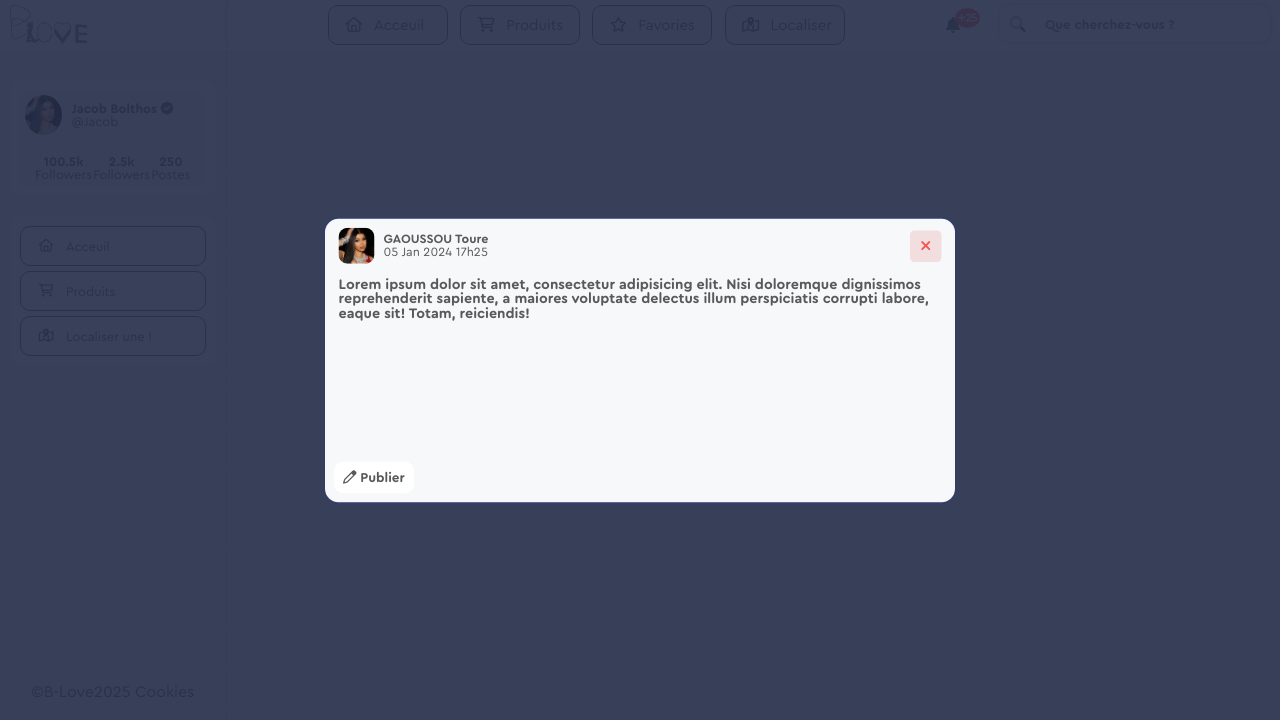
Repository: moomoony-log/b-love
Page: /home
The author's editor kept a copy of each file at every save. The page is drawn from the files as they stood at one save, then again after the next save.
The browser window is 1280 px wide. The pictures show the whole page.
Pictures or frames that could not be fetched are drawn as grey boxes. The project was rebuilt for these pictures with package versions that can differ from the ones it lists, and the page was loaded fresh each time. Also part of the build but not shown: vite.config.ts, src/rules/legacy.tsx, src/rules/privacy.tsx, src/components/basic/notification.tsx, src/view/auth.tsx, src/view/main/acceuil.tsx, src/view/main/dashbord.tsx, src/view/main/info-account.tsx and 3 more.

Above is the page before, as saved 2025-10-15 09:07:54.

### index.html
<!--
        ?????????         ?????????        ???????????????????
        ????? ?????     ????? ?????      ??????????   ??????????
        ?????  ?????   ?????  ?????    ????????         ????????
        ?????   ????? ?????   ?????    ??????            ????????
        ?????    ?????????    ?????    ??????            ????????
        ?????      ?????      ?????    ???????          ????????
        ?????                 ?????     ?????????      ????????
        ?????                 ?????        ???????????????????
        ?????                 ?????         ????????????????

    TRAVAIL JUSQU'A CE QU'ON DISE QUE TU ES FRANC-MAÇON
    TRAVAIL JUSQU'A CE QU'ON DISE QUE TU ES FRANC-MAÇON
    TRAVAIL JUSQU'A CE QU'ON DISE QUE TU ES FRANC-MAÇON
-->
<!doctype html>
<html lang="en">
  <head>
    <meta charset="UTF-8">
    <meta name="viewport" content="width=device-width, initial-scale=1.0">
    <meta http-equiv="X-UA-Compatible" content="IE=edge">
    <!-- Inbuilt -->
    <link rel="shortcut icon" href="./img/logoloveb.png" type="image/x-icon">
    <!-- <link rel="stylesheet" href="./vendor/font-awesome-pro/css/all.css">  -->
    <!-- <link rel="stylesheet" href="./css/app.css">  -->
    <title>B!love</title>
  </head>
  <body id="index">
    <div id="main-container"></div>
    <script type="module" src="/src/main.tsx"></script>
  </body>
</html>

### src/main.tsx
import { StrictMode } from 'react'
import { createRoot } from 'react-dom/client'
import App from './app'

createRoot(document.getElementById('main-container')!).render(
  <StrictMode>
    <App />
  </StrictMode>
)

### src/app.tsx

import { createBrowserRouter, RouterProvider } from "react-router-dom";
import Legacy from "./rules/legacy";
import Privacy from "./rules/privacy";
import Main from "./view/main/main";
import Auth from "./view/auth";
import Acceuil from "./view/main/acceuil";
import Dashbord from "./view/main/dashbord";
import "../public/css/app.css"
import "../public/vendor/font-awesome-pro/css/all.css"
import InfoAccount from "./view/main/info-account";
import Account from "./view/main/account";
import BecomeToMember from "./view/main/becomeToMember";
import Product from "./view/main/product";

// import Auth from "./view/auth";

const router =  createBrowserRouter([
	{
		path:'/',
		element:<Auth/>
	},
	{
		path:'/legacy',
		element:<Legacy/>
	},
	{
		path:'/privacy',
		element:<Privacy/>
	},
	{
		path:'/home',
		element:<Main/>,
		children:[
			{
				path:'acceuil',
				element: <Acceuil/>
			},
			{
				path:'dashbord',
				element: <Dashbord/>,
			},
			{
				path: 'product',
				element: <Product/>
			},
			{
				path:'check',
				element: <div>Localisation</div>
			},
			{
				path:'client',
				element: <InfoAccount/>,
				children: [
					{
						path:'compte',
						element: <Account/>
					},
					{
						path:'devenir_membre',
						element: <BecomeToMember/>
					},

				]
			}

		]
	}
])

// --> POINT D'ENTREE DANS L'APP(INDEX --> AUTH)
function App() {
	return <RouterProvider router={router}/>
}

export default App

### src/components/basic/button.tsx
// --> BUTTON COMPONENTS

import { forwardRef } from "react"
import { NavLink, useLocation } from "react-router-dom";

interface buttonProps {
    type: 'submit' | 'button',
    name?: string,
    icon?:string,
    color?: string,
    outline?: string,
    small?: 'small' | 'small-1' | 'small-2' | 'small-3',
    navigate?: string,
    children: boolean,
    border?: boolean,
    to: string | false,
    inner?:string,
    disable?:boolean,
    onclick?: () => unknown
}

const Button = forwardRef<HTMLButtonElement, buttonProps>(
  ({ name, icon, color, outline, small, navigate, inner, disable, children,border, to, onclick }, ref) => {
    const location = useLocation()
    return (
      <button
        ref={ref}
        type="button"
        className="ui-btn"
        name={name}
        color={color}
        {...(outline ? { "data-outline": "" } : {})}
        {...(disable ? { disabled: true } : {})}
        {...(navigate ? { "data-navigate": "" } : {})}
        {...(inner ? { "data-inner": "" } : {})}
        {...(small ? { "data-size" : small} : {})}
        {...(border ? { "data-border": "" } : {})}
        {...(to && location.pathname === to ? { "data-active": "" } : {})}
        onClick={onclick}
      >
        { (!children && !to ) && name } { icon && (!children && !to ) && <i className={icon}></i> }

        { (children && to) && <NavLink to={to}>  <i className={icon}></i>  {name} </NavLink> }

      </button>
    );
  }
);

export default Button

### src/components/basic/modals/pubItem.tsx
// --> Item Publication Modal

const ItemPub = () => {
    return(
        <>
        <div className="modal" data-name="pub-item" data-show>
                <div className="box">
                    <div className="modal-head">
                        <div className="title">
                            <div className="cont-account-img" data-name="pub-item"><img src="../img/cardi_b.webp"/></div>
                            <div className="identity">
                                <span>GAOUSSOU Toure</span>
                                <span>05 Jan 2024 17h25</span>
                            </div>
                         </div>
                        <span className="exit"><i className="fa-solid fa-xmark"></i></span>
                    </div>
                    <div className="body">
                        <span className="about-pub">
                            Lorem ipsum dolor sit amet, consectetur adipisicing elit. Nisi doloremque dignissimos reprehenderit sapiente, a maiores voluptate delectus illum perspiciatis corrupti labore, eaque sit! Totam, reiciendis!
                        </span>


                    </div>
                    <div className="controler">
                        <button type="button" className="ui-btn" name=""  data-size="large"  color=""> <i className="fa-regular fa-pen"></i> Publier</button>
                    </div>
                </div>
            </div>
        </>
    )
}

export default ItemPub

### public/css/config/config.css
/* Style global de configuration */

/* Police d'ecriture */
/* Cera */
@font-face{
    font-family: 'Cera';
    src: url('../../font/cera-round-pro/CeraRoundPro-Bold.otf');
    font-weight: bold;
}
@font-face {
    font-family: 'Cera';
    src: url('../../font/cera-round-pro/CeraRoundPro-Regular.otf');
    font-weight: normal;
}

/* body{
    display: flex !important;
    padding: 5px;
    height: 100%;
    width: 100%;
    position: absolute;
    top: 0;
    left: 0;
    overflow: hidden;
} */
body *{
    box-sizing: border-box;
    font-family: 'Cera', sans-serif;
    font-weight: bold;
}

button:focus, input:focus, textarea:focus, select:focus {
    outline: none;
}

button {
    cursor: pointer;
    border: none;
}

h1, h2, h3, h4, h5, p {
    color: inherit;
    margin: 0;
    padding: 0;
    text-decoration: inherit;
}

img{
    height: inherit;
    max-width: 100%;
}

### public/css/component/components.css
 /* Imporation des dependances */
 @import url('input.css');
 @import url('button.css');
 @import url('img.css');
 @import url('notification.css');
 @import url('loader.css');
 @import url('table.css');
 @import url('./modals/modal.css');

 @keyframes text{
    0%{
        transform: translateX(100%);
    }
    100%{
        transform: translateX(-100%);
    }
 }

### public/css/views.css
/* --> Css relative à toutes les vues communes  */
@import url('views/auth.css');
@import url('views/legacy.css');
@import url('views/privacy.css');

### public/css/animation.css
@keyframes reotateInner {
    from {
       transform: rotate(0);
    }
    to{
       transform: rotate(180deg);
    }
 }
 @keyframes Online {
    0%, 100% {
       transform: scale(1.5);
       opacity: 1;

    }
    50% {
       transform: scale(0.5);
       /* opacity: 0.5; */
    }
 }
  @keyframes Online2 {
    0%, 100% {
       opacity: 1;

    }
    50% {
       opacity: 0.5;
    }
 }
 @keyframes spin {
   0%{
      transform: rotate(0deg);
   }
   100%{
      transform: rotate(360deg);
   }

 }
  @keyframes opa {
   0%{
      opacity: .4;
   }
   100%{
      opacity: 1;
   }

 }

### public/css/utils/utils.css
@import url('variable.css');
@import url('helper.css');

### public/css/utils/variable.css
/* Variables */
:root{
    --color-white: #ffffff;
    --color-gray-soft: #F6F8FA;
    --color-gray-medium: #b0b0b0;
    --color-gray-hard: #595959;
    --color-gray-hard-1: #7f7f7f;
    /* --color-gray-hard-3: #d4d2d246; */
    --color-gray-hard-3: #f2f2f2e7;
    --color-gray-hard-5: #f2f2f2;
    --color-gray-hard-4: #5959592f;
    --color-blue-lite: #dbf5ff;
    --color-blue-soft: #00B0F0;
    --color-blue-soft-2: #9ab9dc;
    --color-blue-hard: #2A6EBB;
    --color-green-lite: #aefecf;
    --color-green-lite-2: #80d6a4;
    --color-green-hard: #41cf7c;
    --color-red-lite: #ffcdcd;
    --color-red-soft: #f58e8e;
    --color-red-hard: #f25353;
    --shadow-one: 0 0 5px #eee;
    --shadow-two: 0 0 5px #84b1c3;
    --shadow-3: 0 0 4px #bababa;
    --bezier-1: cubic-bezier(0.68, -0.55, 0.27, 1.55);
}

### public/css/utils/helper.css
/* cool-scroll-bar */
.cool-scroll-bar::-webkit-scrollbar{
    width: 3px;
    height: 3px;
    border-radius: 50px !important;
    background-color: var(--color-gray-soft);
    box-shadow: 0 0 5px var(--color-gray-soft);
}
.cool-scroll-bar::-webkit-scrollbar-thumb{
    background-color: var(--color-gray-medium);
    border-radius: 50px !important;
}

### public/css/views/legacy.css
.legacy {
    z-index: 10;
    height: 100%;
    padding: 20px;
    overflow: auto;
}
.legacy p{
    font-size: 40px;
}

### public/css/component/notification.css
/* CSS DES GRILLES DE NOTIFICATIONS */
#notification{
    position: absolute;
    right: 0;
    z-index: 900;
    width: 350px;
    bottom: 0;
    padding: 5px;
    display: flex;
    justify-content: flex-end;
    align-items: center;
    flex-direction: column;
    gap: 10px;
}

#notification .notif-item{
    width: 320px;
    max-height: 60px;
    box-sizing: border-box;
    background-color: var(--color-white);
    display: none;
    align-items: center;
    overflow: hidden;
    gap: 5px;
    padding: 10px;
    border-radius: 10px;
    opacity: 0;
    transform: scale(0);
    box-shadow: 0 0 7px -2px var(--color-gray-hard-1);
    transition: transform .3s cubic-bezier(0.68, -0.55, 0.27, 1.55), opacity .2s ease-in-out, max-height .3s ease-in-out;
}
#notification .notif-item .notif-text-content{
    margin-right: auto;
}

#notification .notif-item[data-show]{
    opacity: 1;
    transform: scale(1);
    display: flex;
}

#notification .notif-item .icon{
    height: 35px;
    width: 35px;
    line-height: 35px;
    text-align: center;
    font-size: 15px;
    border-radius: 50%;
    position: relative;
    z-index: 2;
    color: var(--color-white);
}

#notification .notif-item .icon::before{
    position: absolute;
    text-align: center;
    left: 0;
    font-size: 35px;
    content: '\f335';
    font-family: 'Font Awesome 6 Pro';
    z-index: -1;
}

#notification .notif-item .exit{
    text-align: center;
    margin-left: 5px;
    border-radius: 50%;
    cursor: pointer;
    color: #cccccc;
}

#notification .notif-item[data-name="exit"] {
    border-left: 5px solid var(--color-red-soft);
}
#notification .notif-item[data-name="exit"] .exit{
    color: var(--color-red-soft);
}
#notification .notif-item[data-name="good"] .exit{
    color: var(--color-green-lite-2);
}
#notification .notif-item[data-name="exit"]:hover{
    box-shadow: 0 0 7px -2px var(--color-red-hard);
}
#notification .notif-item[data-name="good"]:hover{
    box-shadow: 0 0 7px -2px var(--color-green-hard);
}
#notification .notif-item[data-name="await"]:hover{
    box-shadow: 0 0 7px -2px var(--color-gray-hard);
}
.notif-item[data-name="exit"] .icon::before{
    color: var(--color-red-soft);
}
#notification .notif-item[data-name="await"]{
    border-left: 5px solid #cccccc;
}
.notif-item[data-name="good"] .icon::before{
    color: var(--color-green-lite-2);
}
.notif-item[data-name="await"] .icon::before{
    color: #cccccc;
}
#notification .notif-item[data-name="good"]{
    border-left: 5px solid var(--color-green-lite-2);
}
#notification .notif-item .title{
    text-wrap: nowrap;
    color: var(--color-gray-hard-1);
    font-size: 13px;
}
#notification .notif-item .text{
    font-size: 12px;
    display: flex;
    overflow: hidden;
    max-width: 240px;
    text-overflow: ellipsis;
    font-weight: lighter;
}

/* RESPONSIVE STATE */
@media (max-width: 344px) {
    #notification{
        width: 300px;
    }
    #notification .notif-item{
        width: 290px;
        max-height: 80px;
    }
    #notification .notif-item .icon::before{
        left: -2px;
    }
}

### public/css/views/privacy.css
.privacy {
    z-index: 10;
    height: 100%;
    padding: 20px;
    overflow: auto;
}
.privacy p{
    font-size: 40px;
}

### public/css/component/loader.css

/* CSS DU COMPOSANT DE CHRAGEMENT */
#loader{
    position: absolute;
    display: flex;
    flex-direction: column;
    width: 100%;
    gap: 10px;
    height: 100%;background-color: rgba(255, 255, 255, 0.744);
    justify-content: center;
    align-items: center;
    z-index: 1000;
}

#loader .spinner{
    height: 60px;
    width: 60px;
    display: flex;
    justify-content: center;
    align-items: center;
    position: relative;
    animation: spin 2s linear infinite;
}
#loader .spinner::before{
    content: '';
    height: 100%;
    width: 100%;
    position: absolute;
    border-radius: 50%;
    border: solid 4px var(--color-gray-hard-3);
}
#loader .spinner::after{
    content: '';
    height: 100%;
    width: 100%;
    position: absolute;
    border-radius: 50%;
    border: solid 4px transparent;
    border-left-color:var(--color-gray-hard-1);
    animation: spin 0.8s linear infinite, opa 0.8s ease-in-out infinite alternate-reverse;
}
#loader img{
    width: 95px;
    height: 50px;
}
#loader i{
    font-size: 20px;
}
#loader .i{
   background-color: var(--color-gray-hard-);
   padding: 7px;
   display: flex;
   align-items: center;
   justify-content: center;
   border-radius: 5px;
}

### public/css/component/table.css
.infos-personnels[data-name="statut"] .availability table{
    border-collapse: collapse;
    width: 100%;
    background-color: var(--color-white);
    text-align: center;
    font-size: 13px;
}
.availability table th,
.availability table td{
    height: 40px;
    padding: 3px;
}
.availability table td:last-child{
    text-align: right;
}
.availability table tbody tr:hover{
    background-color: var(--color-gray-hard-3);
}

.cont-my-post table{
    width: 100%;
    border-spacing: 0 5px;
    background-color: var(--color-white);
    text-align: center;
    padding: 5px;
    border-radius: 5px;
}
.cont-my-post table tbody td:last-child button{
    background-color: white;
    margin-left: 5px;
}
.cont-my-post table tbody tr:hover td{
    background-color: var(--color-white);
}
.cont-my-post table tbody tr:hover td:last-child button{
    background-color: var(--color-gray-hard-3);
}

.cont-my-post table tbody td{
    padding: 5px;
    background-color: var(--color-gray-hard-3);
    font-weight: lighter;
    margin: 10px;
}
.cont-my-post table tbody td:last-child{
    text-align: right;
}


@media (max-width: 855px) {
    .cont-my-post table{
        font-size: 12px;
    }
    .cont-my-post table tbody td:last-child{
        display: flex;
        flex-direction: column;
        margin: 0;
        gap: 5px;
    }
}

@media (max-width: 355px) {
    .cont-my-post table tbody td:last-child{
        font-size: 11px;
    }
}

### public/css/component/modals/modal.css
/* @import url('./modals/registration.css'); */
@import url('./publication.css');
@import url('./pubItem.css');
@import url('./confirm.css');

#modals .modal{
    position: fixed;
    display: none;
    align-items: center;
    left: 0;
    top: 0;
    justify-content: center;
    height: 100%;
    width: 100%;
    background-color: #262f4ae8;
    z-index: 1000;
    transition: opacity .6s ease-in-out;
    animation: show-modal .5s ease-in-out;
 }
.modal .box{
    background-color:var(--color-gray-soft);
    min-width: 300px;
    max-width: 1300px;
    min-height: 270px;
    box-shadow: 0 0 5px 0px #263b80;
    padding: 10px;
    border-radius: 15px;
    opacity: 1;
    transform: scale(.9);
    flex-direction: column;
    gap: 10px;
    animation: show-box .6s ease-in-out forwards;
}

.modal:active .box{
    animation: show-box .6s ease-in-out forwards, show-cont .1s ease-in-out;
}
 /* Animation > Affichage > Masquage */
.modal[data-show]{
   display: flex !important;
}
.modal[data-show] .box{
   display: flex !important;
}
.modal[hide]{
   opacity: 0;
}
.modal[hide] .box{
    animation: hide-box .5s ease-in-out forwards;
}
.modal .box .modal-head{
   height: 40px;
   display: flex;
   padding: 0 5px;
   justify-content: space-between;
   align-items: center;
}
.box .modal-head .title i{
   height: 25px;
   width: 25px;
   line-height: 25px;
   text-align: center;
   border-radius: 5px;
   color: var(--color-white);
   background-color: var(--color-gray-hard-1);
}
.box .modal-head .exit i{
   color: var(--color-red-hard);
   cursor: pointer;
   height: 35px;
   width: 35px;
   line-height: 35px;
   text-align: center;
   background-color: rgb(242, 222, 222);
   border-radius: 5px;
}
.modal .box .body{
   min-height: 200px;
   border-radius: 10px;
   padding: 5px;
}
.modal .box .controler{
   width: 100%;
   display: flex;
   gap: 30px;
 }

### public/css/component/modals/pubItem.css

.modal[data-name="pub-item"] .box{
    max-width: 700px;
}
.modal[data-name="pub-item"] .title{
    display: flex;
    gap: 10px;
    align-items: center;
}
.modal[data-name="pub-item"] .title .identity{
    display: flex;
    flex-direction: column;
}
.modal[data-name="pub-item"] .title .identity span{
    font-size: 14px;
}
.modal[data-name="pub-item"] .title .identity span:last-child{
    font-weight: lighter;
}

### public/css/component/modals/confirm.css
.modal[data-name="confirm"] .box .body{
   display: flex;
   background-color: var(--color-white);
   display: flex;
   flex-direction: column;
   justify-content: center;
   align-items: center;
   position: relative;
}
.modal[data-name="confirm"] .box .body::after{
    content: '';
    height: 100%;
    width: 100%;
    border-radius: 10px;
    position: absolute;
    animation: Online2 1s ease-in-out infinite;
}
.modal[data-name="confirm"] .box .body .icon{
    height: 75px;
    width: 75px;
    font-size: 50px;
    line-height: 75px;
    text-align: center;
    border-radius: 10px;
    margin-bottom: 5px;
}
.modal[data-name="confirm"] .box .body .title{
    font-size: 20px;
    margin-bottom: 20px;
}
.modal[data-name="confirm"] .box .body .confirm-text{
    font-weight: lighter;
}

.modal[data-name="confirm"] .box .body[type="exit"]::after{
    background-color: rgba(255, 17, 17, 0.066);
}
.modal[data-name="confirm"] .box .body[type="exit"] .icon{
    box-shadow: 0 0 7px -4px var(--color-red-hard);
    background-color: var(--color-red-lite);
    color: var(--color-red-soft);
}
.modal[data-name="confirm"] .box .body[type="exit"] .title{
    color: var(--color-red-soft);
}

.modal[data-name="confirm"] .box .body[type="good"]::after{
    background-color: rgba(17, 184, 255, 0.077);
}
.modal[data-name="confirm"] .box .body[type="good"] .icon{
    box-shadow: 0 0 7px -4px var(--color-blue-hard);
    background-color: var(--color-blue-lite);
    color: var(--color-blue-soft);
}
.modal[data-name="confirm"] .box .body[type="good"] .title{
    color: var(--color-blue-soft);
}

### src/utils/utils.ts
class Utils {

    static emailValidation(email: string) : boolean {
        const emailRegex :RegExp = /^[^\s@]+@[^\s@]+\.[^\s@]+$/
        return emailRegex.test(email)
    }

    static inputValue(value: string, minLenght: number) : boolean {
        const inputRegex :RegExp = /^[A-Za-zÀ-ÖØ-öø-ÿ\s]+$/

        if (value.length > minLenght && inputRegex.test(value)) return inputRegex.test(value)
        else return false
    }

    static passwordValidation = (value: string):boolean => {
        const passwordRegex: RegExp = /^(?=.*?[A-Z])(?=.*?[a-z])(?=.*?[0-9])(?=.*?[#?!@$%^&*-]).{8,}$/g
        if (passwordRegex.test(value)) return true
        else return false
    }

    static otpValidation = (value: string):boolean => {
        const otpRegex : RegExp = /^[0-9]+$/gm
        if(otpRegex.test(value) && value.length === 1) return true
        else return false
    }

}

export default Utils

Loaded but not shown: public/vendor/font-awesome-pro/css/all.css (library); public/css/app.css (2376 lines, source omitted); src/view/main/main.tsx (184 lines, source omitted); src/components/basic/input.tsx (178 lines, source omitted); public/css/views/auth.css (265 lines, source omitted); public/css/component/input.css (227 lines, source omitted); public/css/component/button.css (209 lines, source omitted); public/css/component/modals/publication.css (141 lines, source omitted); public/css/component/img.css (164 lines, source omitted)

After the next save:
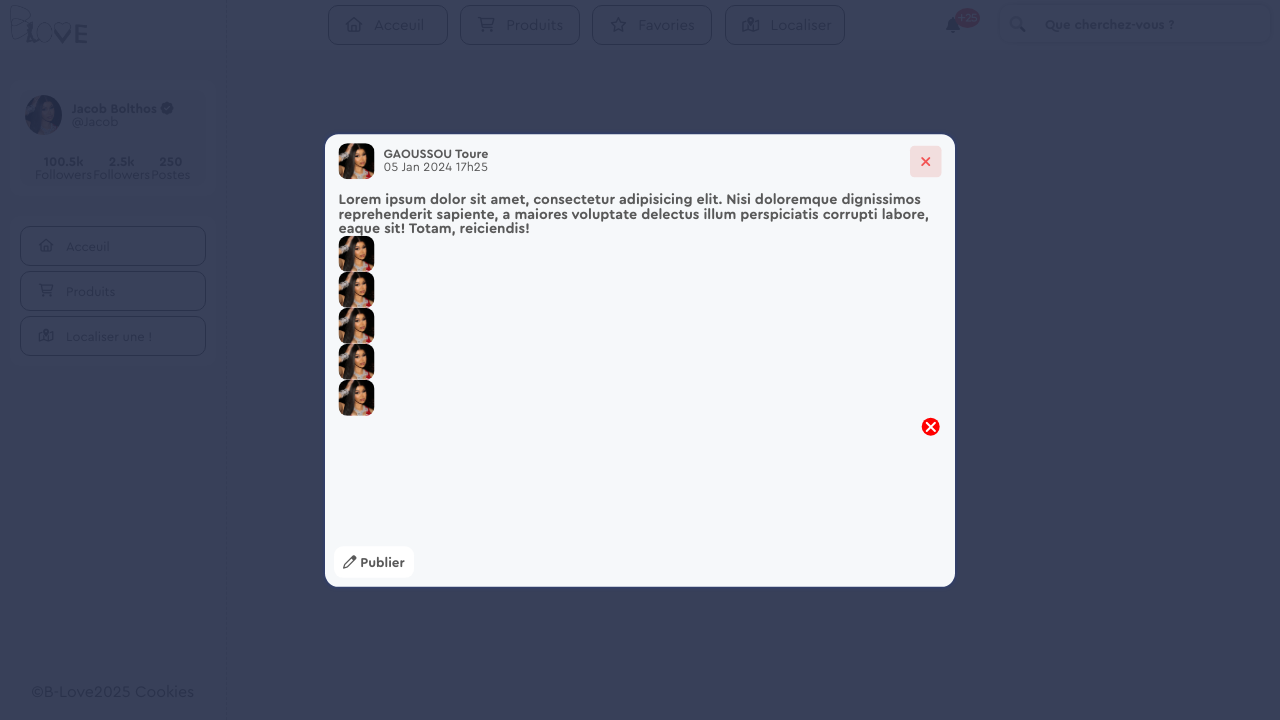
Saved 81 s later.
--- a/src/components/basic/modals/pubItem.tsx
+++ b/src/components/basic/modals/pubItem.tsx
@@ -19,6 +19,15 @@ const ItemPub = () => {
                         <span className="about-pub">
                             Lorem ipsum dolor sit amet, consectetur adipisicing elit. Nisi doloremque dignissimos reprehenderit sapiente, a maiores voluptate delectus illum perspiciatis corrupti labore, eaque sit! Totam, reiciendis!
                         </span>
+                        <div className="medias-cont">
+                            <div className="cont-account-img" data-name="pub-item"><img src="../img/cardi_b.webp"/></div>
+                            <div className="cont-account-img" data-name="pub-item"><img src="../img/cardi_b.webp"/></div>
+                            <div className="cont-account-img" data-name="pub-item"><img src="../img/cardi_b.webp"/></div>
+                            <div className="cont-account-img" data-name="pub-item"><img src="../img/cardi_b.webp"/></div>
+                            <div className="cont-account-img" data-name="pub-item"><img src="../img/cardi_b.webp"/></div>
+                            <div className="cont-account-img" data-name="publication"><video src="../videos/Standard_Mode_Le_b_b__sirote_son_champagne_en_.mp4" ></video></div>
+
+                        </div>
 
 
                     </div>
